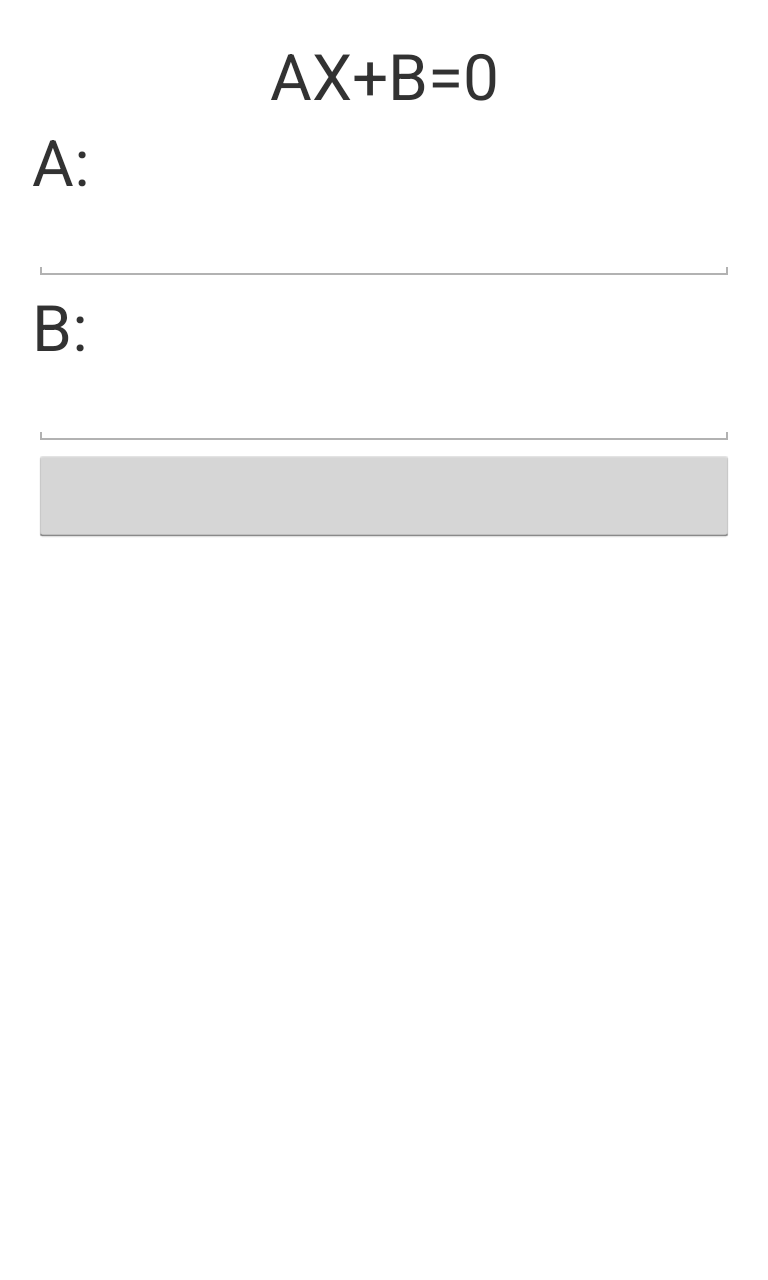
Repository: erickluz/Android
Layout: EquacaoPrimeiroGrau/res/layout/activity_main.xml
An editor plug-in stored every save of this project. The layout is shown before and after the next save, followed by the edit.
It is drawn on a 768 x 1280 px phone screen (xhdpi) without system bars, with theme AppTheme; the app's code is not run.

Above is the layout before, as saved 2016-03-14 23:33:41.

After the next save:
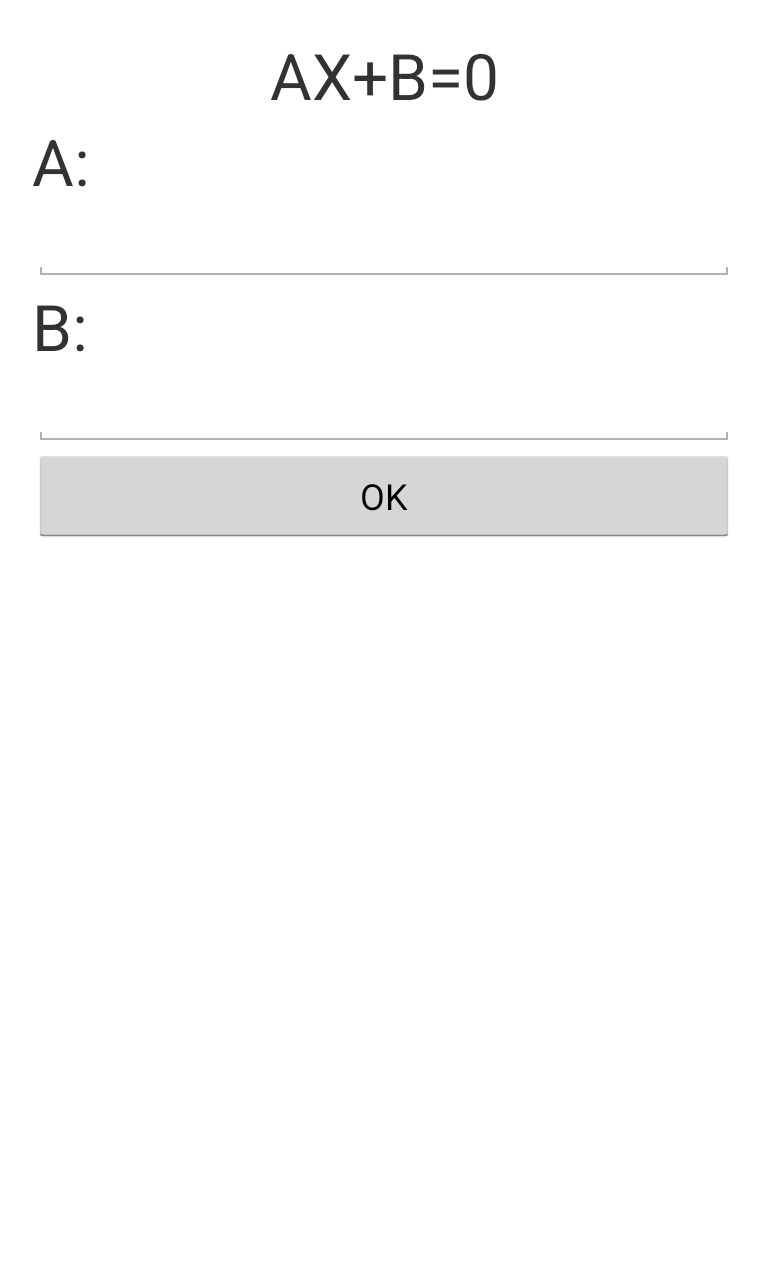
Saved 7 s later.
--- a/EquacaoPrimeiroGrau/res/layout/activity_main.xml
+++ b/EquacaoPrimeiroGrau/res/layout/activity_main.xml
@@ -45,6 +45,7 @@
     <Button
         android:id="@+id/btnOK"
         android:layout_width="fill_parent"
-        android:layout_height="wrap_content" />
+        android:layout_height="wrap_content"
+        android:text="@string/ok" />
 
 </LinearLayout>
